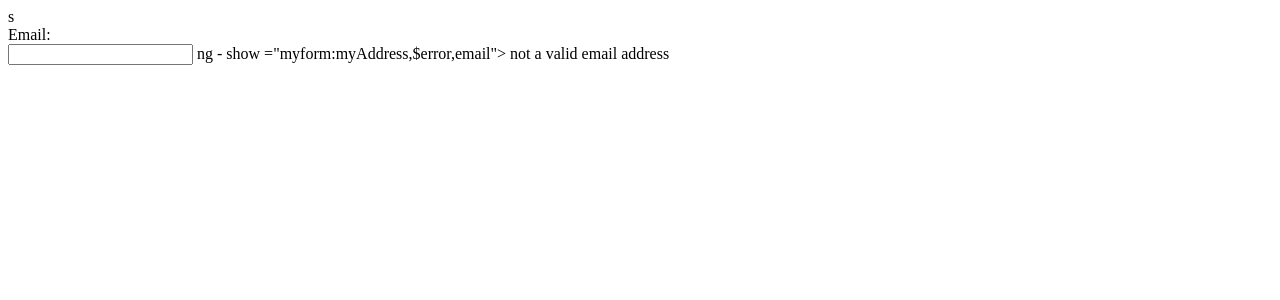
Repository: jack-1195/dtproject
Page: angular/AngularJS/WebContent/Forms/FormValidateEmailid.html
An editor plug-in stored every save of this project. The page is shown before and after the next save, followed by the edit.
The browser window is 1280 px wide. The pictures show the whole page.
Some web libraries are served in a nearby version.

Above is the page before, as saved 2016-07-04 05:52:56.

After the next save:
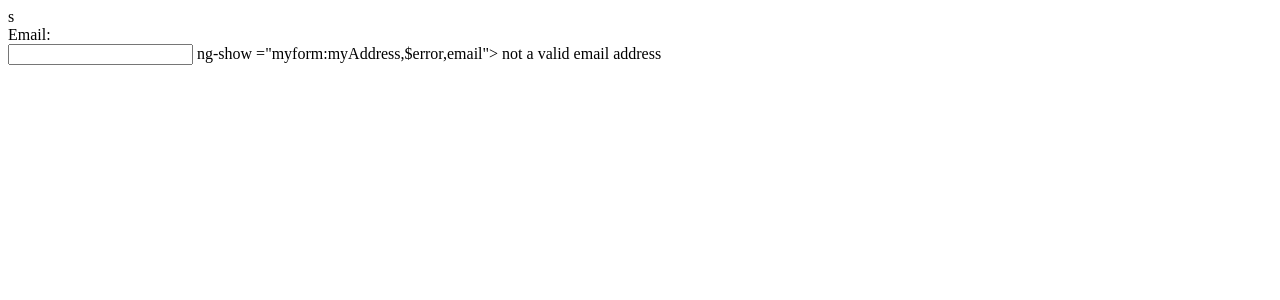
Saved 46 s later.
--- a/angular/AngularJS/WebContent/Forms/FormValidateEmailid.html
+++ b/angular/AngularJS/WebContent/Forms/FormValidateEmailid.html
@@ -11,7 +11,7 @@
 
 Email:<br>
 <input type="email" name="myaddress" ng-mode"text">
-<span> ng - show ="myform:myAddress,$error,email"> not a valid email address</span>
+<span> ng-show ="myform:myAddress,$error,email"> not a valid email address</span>
 </form>
 
 
